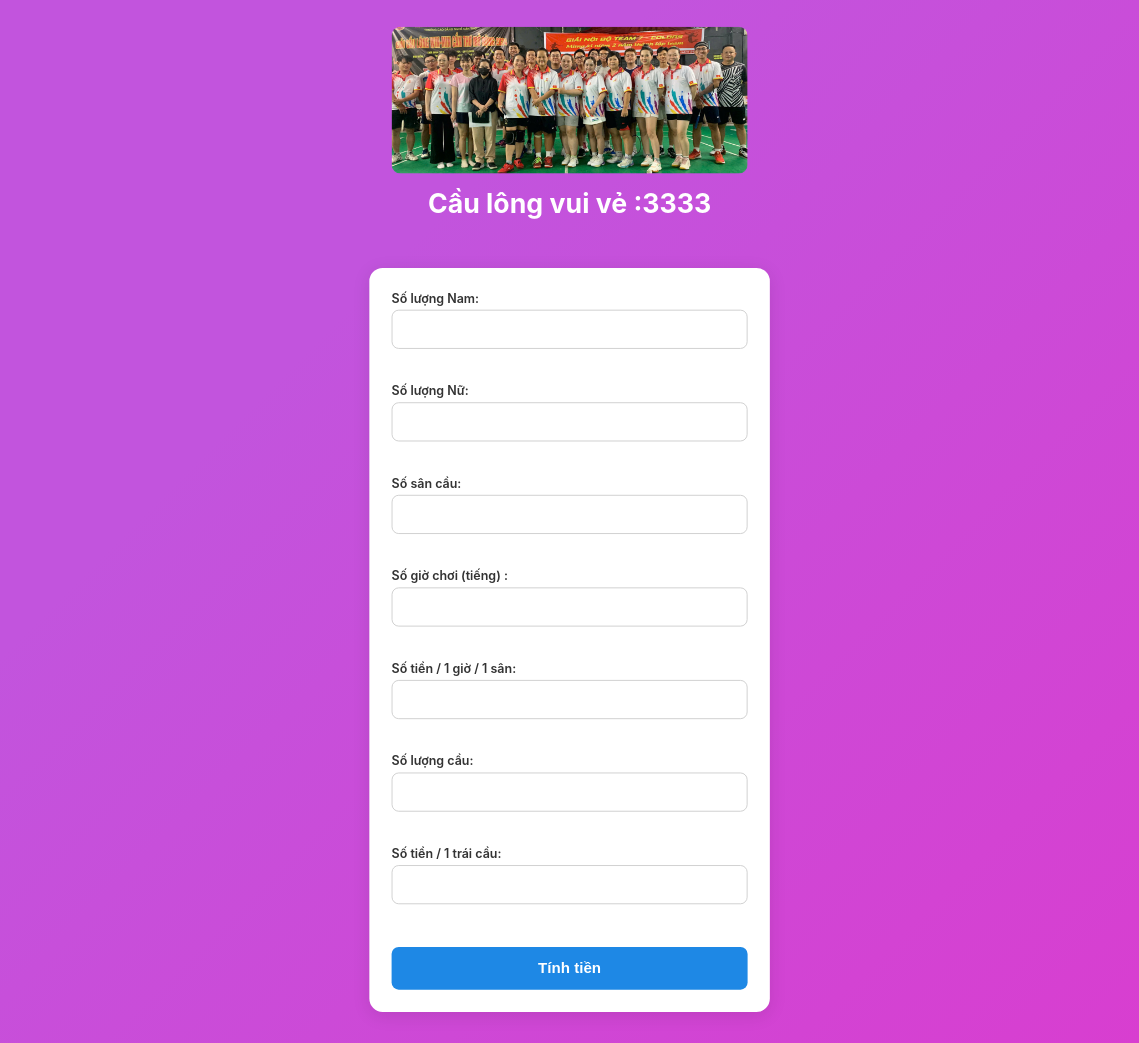
Repository: LuongPTCE181311/Badminton
Page: index.html
These files come from the project's save history. The page is drawn as it stood at one moment and after the next save; the edit follows.
The browser window is 1280 px wide. The pictures show the whole page, at 89% of full size.

Above is the page before, as saved 2025-12-07 23:07:07.

After the next save:
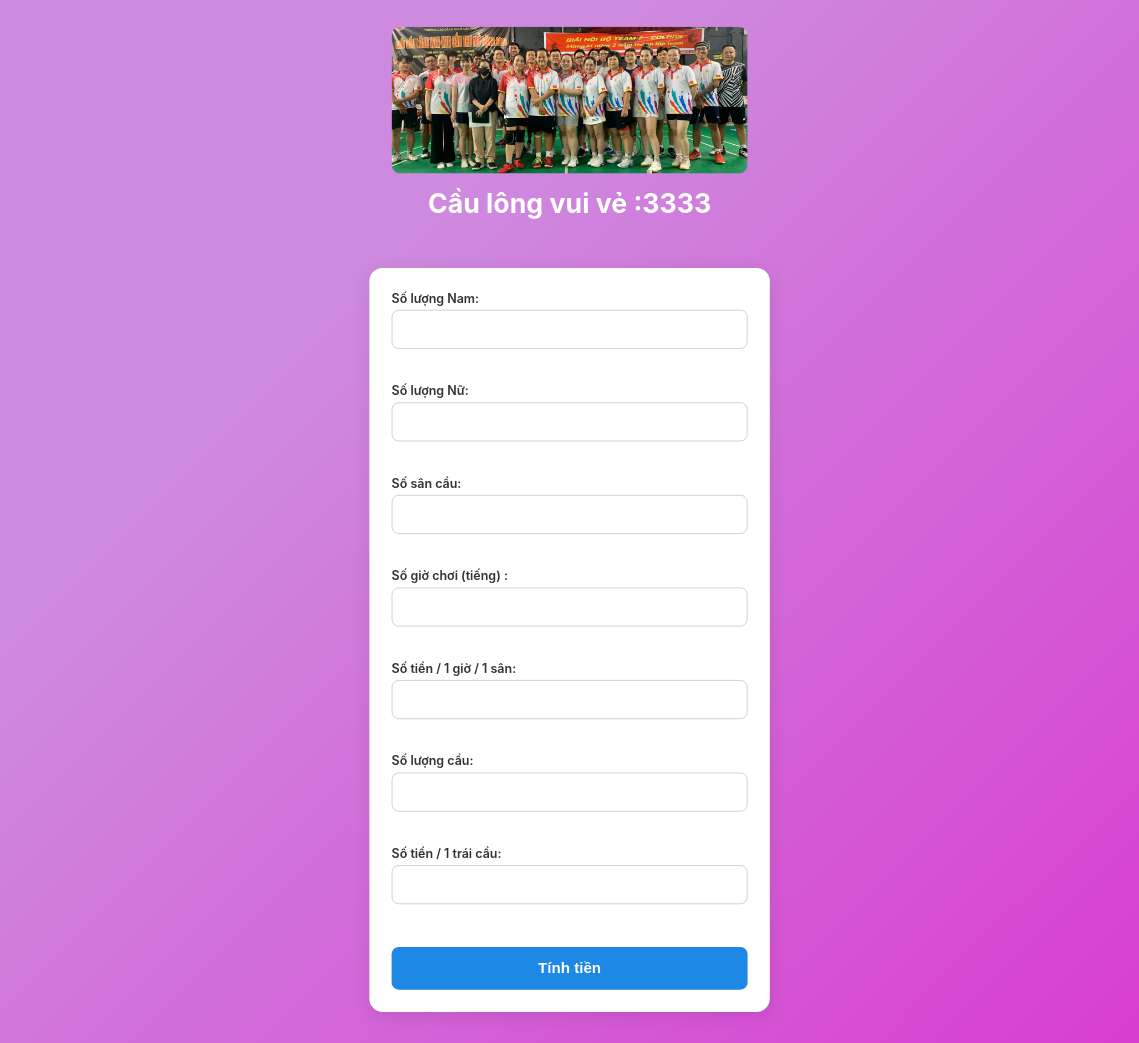
Saved 7 s later.
--- a/assets/css/style.css
+++ b/assets/css/style.css
@@ -7,7 +7,7 @@
   padding: 10px;
   font-family: -apple-system, BlinkMacSystemFont, "Segoe UI", Roboto,
     "Helvetica Neue", Arial, sans-serif;
-  background: linear-gradient(135deg, #c254dd 30%, #d83ed0 100%);
+  background: linear-gradient(135deg, #ce8adf 30%, #d83ed0 100%);
   min-height: 100vh;
 }
 
